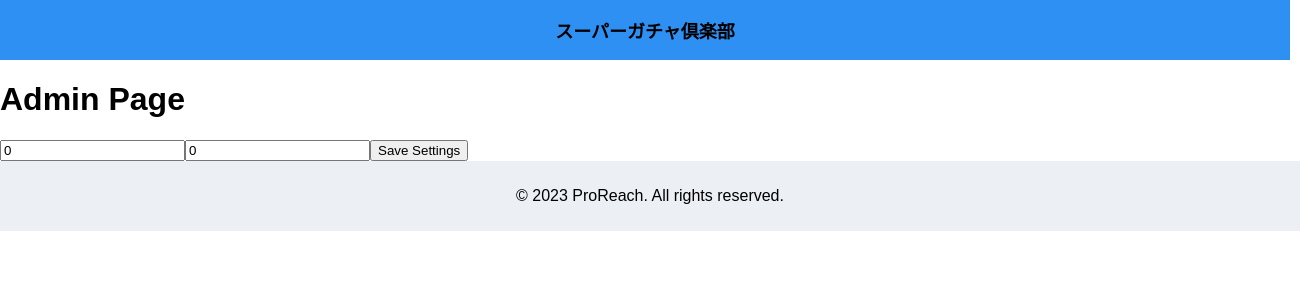
Repository: kskw0000/gggacha
Page: /admin (app in fronted/)
An editor plug-in stored every save of this project. The page is shown before and after a run of saves, followed by the edit.
The browser window is 1280 px wide. The page is 1300 px wide, so the pictures cover 1300 px, including what lies to the right of the window. The pictures show the whole page.
The project was rebuilt for these pictures with package versions that can differ from the ones it lists, and the page was loaded fresh each time. Also part of the build but not shown: fronted/src/components/css/GachaMachine.css, fronted/src/components/pages/GachaMachine.js, fronted/src/components/pages/Gacha.js, fronted/src/components/css/WinnerPage.css, fronted/src/components/pages/WinnerPage.js.

Above is the page before, as saved 2023-07-01 11:45:57.

After the next 5 saves:
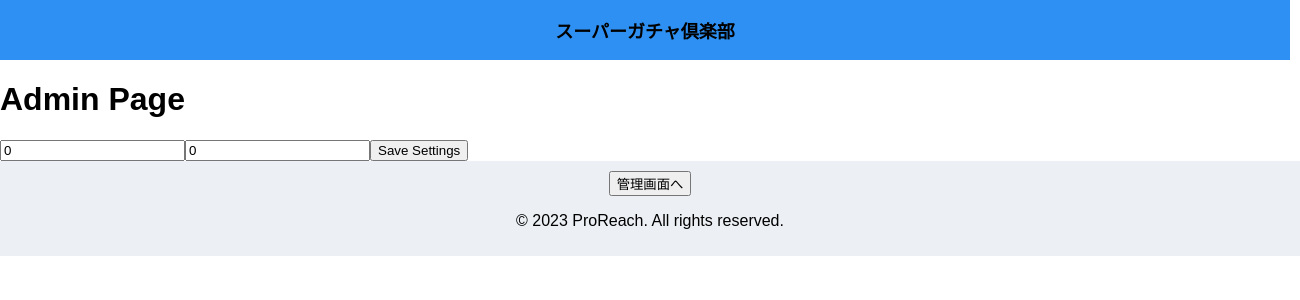
The 5 saves are shown as one change because 3 did not build or start and some came seconds apart.
The last was saved 78 s later.
--- a/fronted/src/components/parts/Footer.js
+++ b/fronted/src/components/parts/Footer.js
@@ -1,10 +1,15 @@
 import React from 'react';
+import { Link } from 'react-router-dom';
 import '../css/Footer.css';
+import Admin from "../pages/Admin";
 
 const Footer = () => {
   return (
     <footer className="footer">
       {/* ここに著作権情報やリンクなどを配置します */}
+      <Link to="/admin">
+        <button>管理画面へ</button>
+      </Link>
       <p>&copy; 2023 ProReach. All rights reserved.</p>
     </footer>
   );
